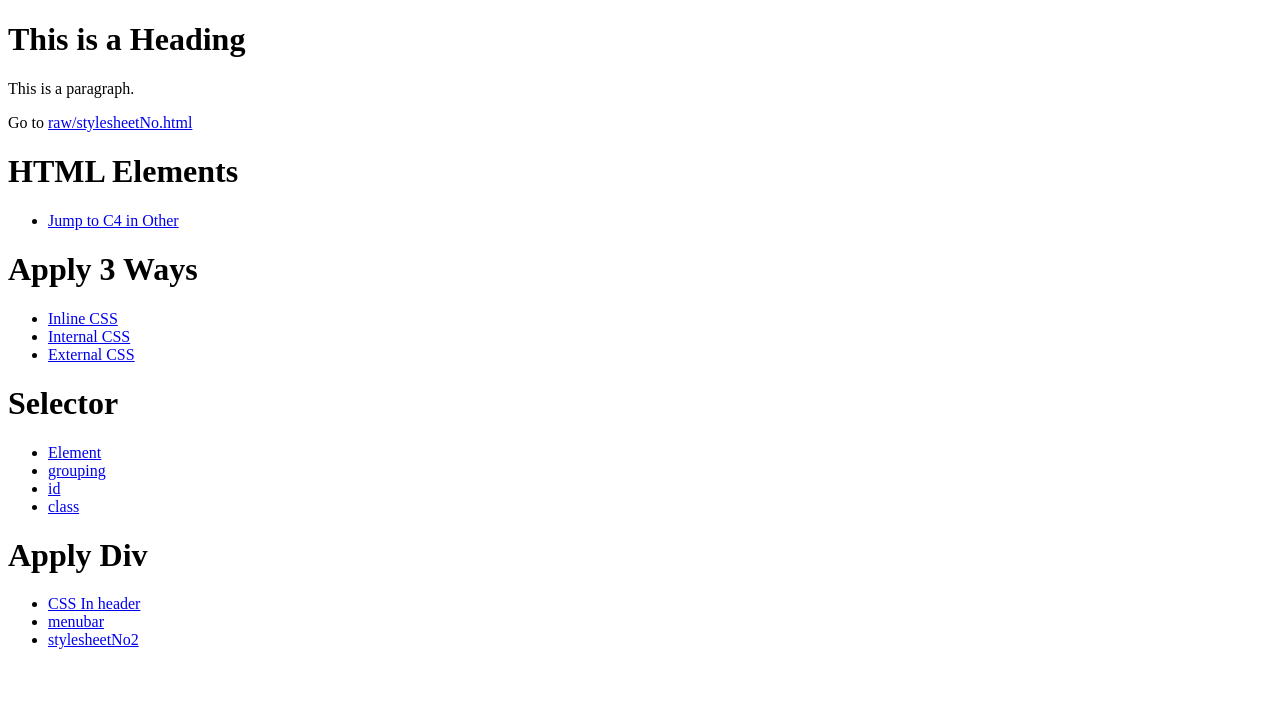
Repository: SanghunOh/learn_publising
Page: HtmlCss/WebContent/index.html
An editor plug-in stored every save of this project. The page is shown before and after the next save, followed by the edit.
The browser window is 1280 px wide. The pictures show the whole page.

Above is the page before, as saved 2018-05-05 06:47:02.

### HtmlCss/WebContent/index.html
<!DOCTYPE html>
<!-- HTML5 -->
<html>
<head>
<meta charset="UTF-8">
<title>Home</title>
</head>
<body>
	<h1>This is a Heading</h1>
	<p>This is a paragraph.</p>

	<p>Go to <a href="multiple/stylesheetNo.html">raw/stylesheetNo.html</a></p>

	<h1>HTML Elements</h1>
	<ul>
		<li><a href="./htmlelements/hyperlinkstag.html#C4">Jump to C4 in Other</a></li>
	</ul>

	<h1>Apply 3 Ways</h1>
	<ul>
		<li><a href="3ways/inline.html">Inline CSS</a></li>
		<li><a href="3ways/internal.html">Internal CSS</a></li>
		<li><a href="3ways/external.html">External CSS</a></li>
	</ul>

	<h1>Selector</h1>
	<ul>
		<li><a href="selector/element.html">Element</a></li>
		<li><a href="selector/grouping.html">grouping</a></li>
		<li><a href="selector/id.html">id</a></li>
		<li><a href="selector/class.html">class</a></li>
	</ul>

	<h1>Apply Div</h1>
	<ul>
		<li><a href="applyDiv/cssinheader.html">CSS In header</a></li>
		<li><a href="applyDiv/menubar.html">menubar</a></li>
		<li><a href="applyDiv/stylesheetNo2.html">stylesheetNo2</a></li>
	</ul>
</body>
</html>

After the next save:
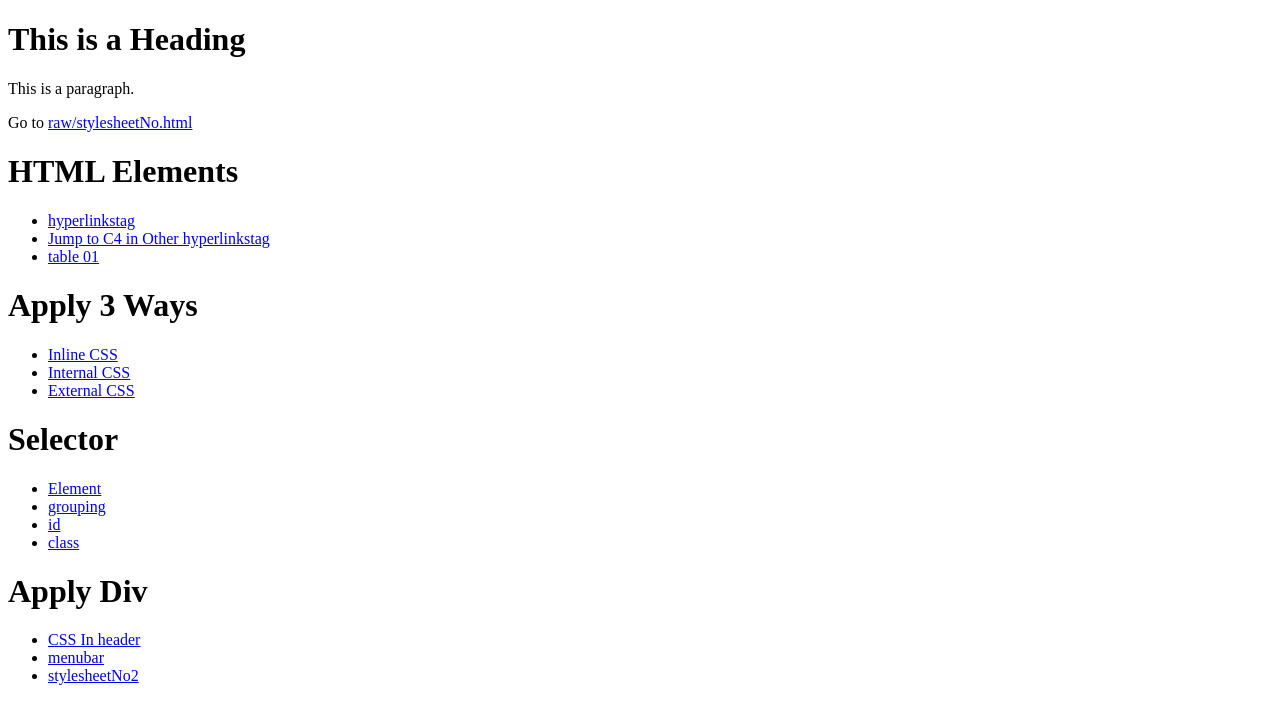
Saved 89 s later.
--- a/HtmlCss/WebContent/index.html
+++ b/HtmlCss/WebContent/index.html
@@ -13,7 +13,9 @@
 
 	<h1>HTML Elements</h1>
 	<ul>
-		<li><a href="./htmlelements/hyperlinkstag.html#C4">Jump to C4 in Other</a></li>
+		<li><a href="./htmlelements/hyperlinkstag.html">hyperlinkstag</a></li>
+		<li><a href="./htmlelements/hyperlinkstag.html#C4">Jump to C4 in Other hyperlinkstag</a></li>
+		<li><a href="./htmlelements/table01">table 01</a></li>
 	</ul>
 
 	<h1>Apply 3 Ways</h1>
